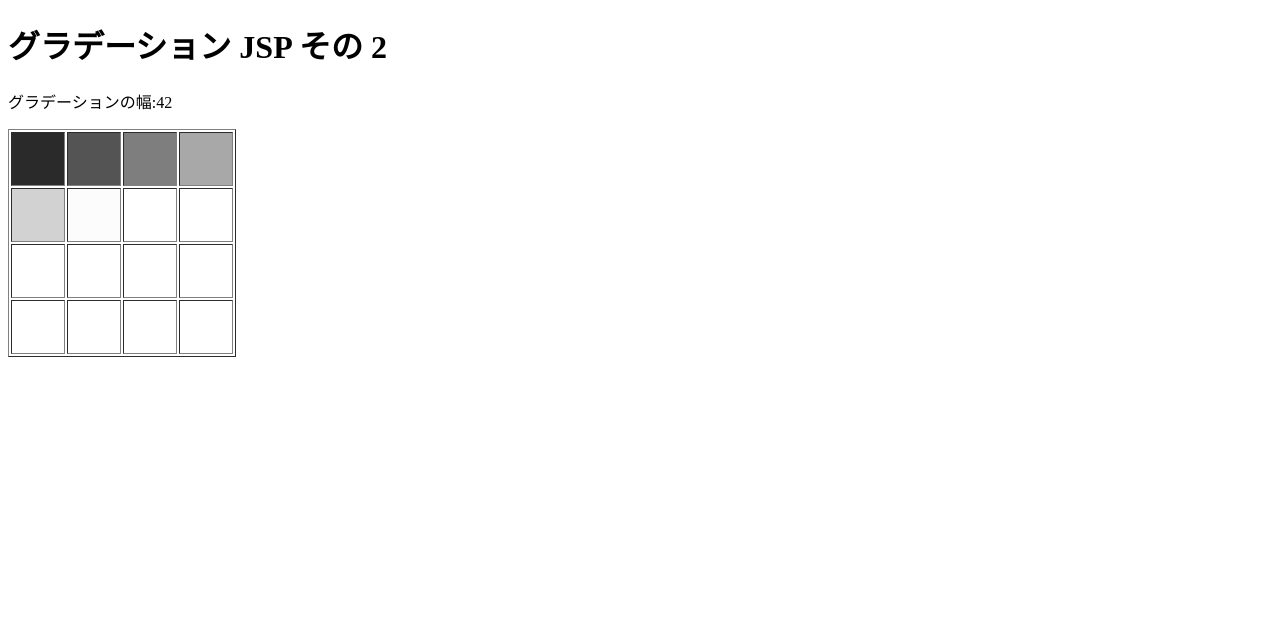
Repository: jh0612/2021_Azure_study
Page: http://localhost/Myproj2/grandientjsp2.jsp
An editor plug-in stored every save of this project. The page is shown before and after the next save, followed by the edit.
The browser window is 1280 px wide. The pictures show the whole page.
The page is served by Tomcat 9. Other server files are loaded and not shown.

Above is the page before, as saved 2021-12-02 08:19:16.

### Demoforme/Myproj2/src/main/webapp/grandientjsp2.jsp
<%@ page language="java" contentType="text/html; charset=UTF-8"
    pageEncoding="UTF-8"%>
<!DOCTYPE html>
<html>
<head>
<meta charset="UTF-8">
<title>グラデーション JSP その 2</title>
</head>
<body>
<% int add = 42; %>
<h1>グラデーション JSP その 2</h1>
グラデーションの幅:<%= add %><p></p>
<table border="1">
<%
	int color = 0;
	for (int i = 0; i < 4; i++) {
		out.println("<tr>");

		for (int j = 0; j < 4; j++) {
			color += add;
			String colorHex = String.format("%02x", color); // color を 16 進数(2 ケタ)に変換
			String colorHTML = colorHex + colorHex + colorHex; // HTML の色指定形式の作成
			out.println("<td style=\"height: 50px; width: 50px; background-color: #"
			+ colorHTML + "\"><br></td>");
		}
		out.println("</tr>");
	}
%>
</table>
</body>
</html>

After the next save:
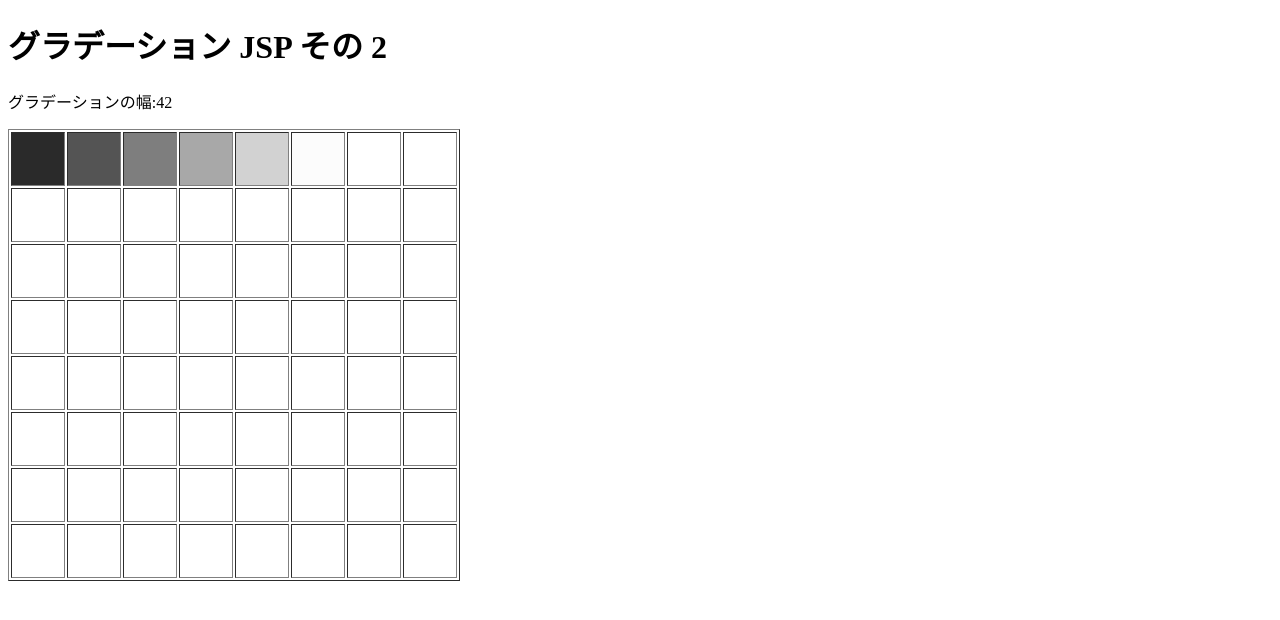
Saved 28 s later.
--- a/Demoforme/Myproj2/src/main/webapp/grandientjsp2.jsp
+++ b/Demoforme/Myproj2/src/main/webapp/grandientjsp2.jsp
@@ -13,10 +13,10 @@
 <table border="1">
 <%
 	int color = 0;
-	for (int i = 0; i < 4; i++) {
+	for (int i = 0; i < 8; i++) {
 		out.println("<tr>");
 
-		for (int j = 0; j < 4; j++) {
+		for (int j = 0; j < 8; j++) {
 			color += add;
 			String colorHex = String.format("%02x", color); // color を 16 進数(2 ケタ)に変換
 			String colorHTML = colorHex + colorHex + colorHex; // HTML の色指定形式の作成
